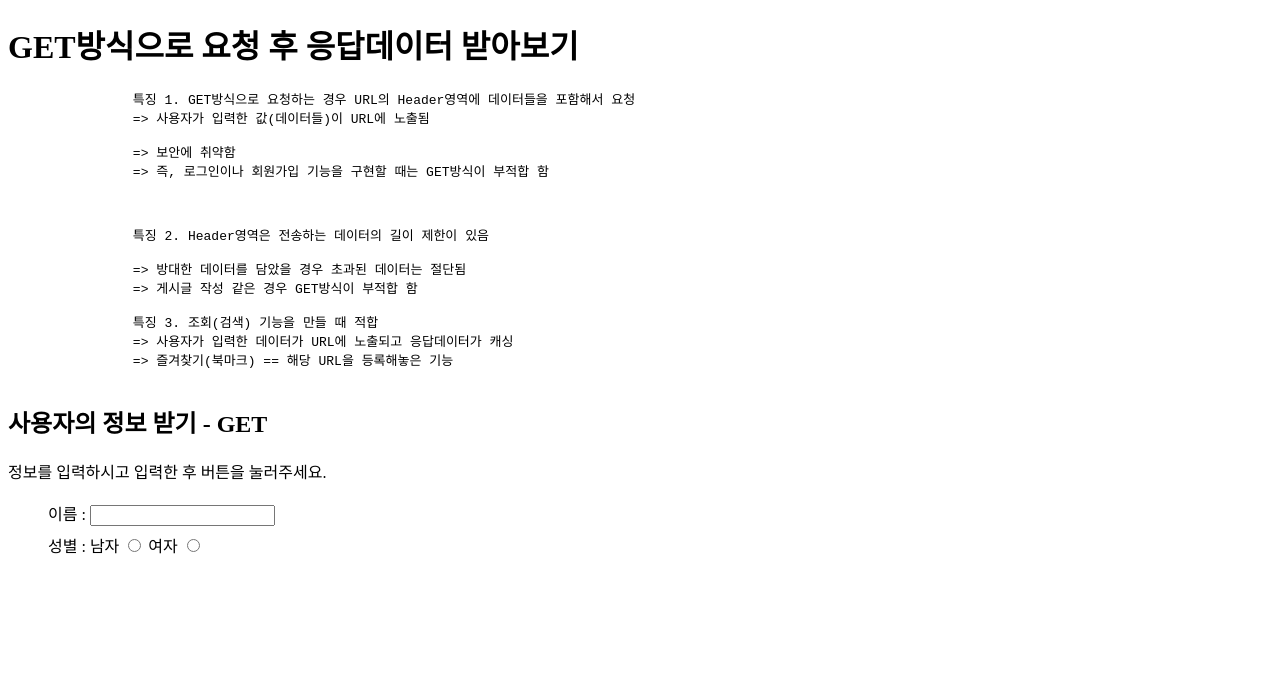
Repository: MiadongDeersfeet/webservice
Page: MyFirstWebProject/src/main/webapp/views/request_get.html
These files come from the project's save history. The page is drawn as it stood at one moment and after the next save; the edit follows.
The browser window is 1280 px wide. The pictures show the whole page.

Above is the page before, as saved 2025-09-22 08:09:25.

After the next save:
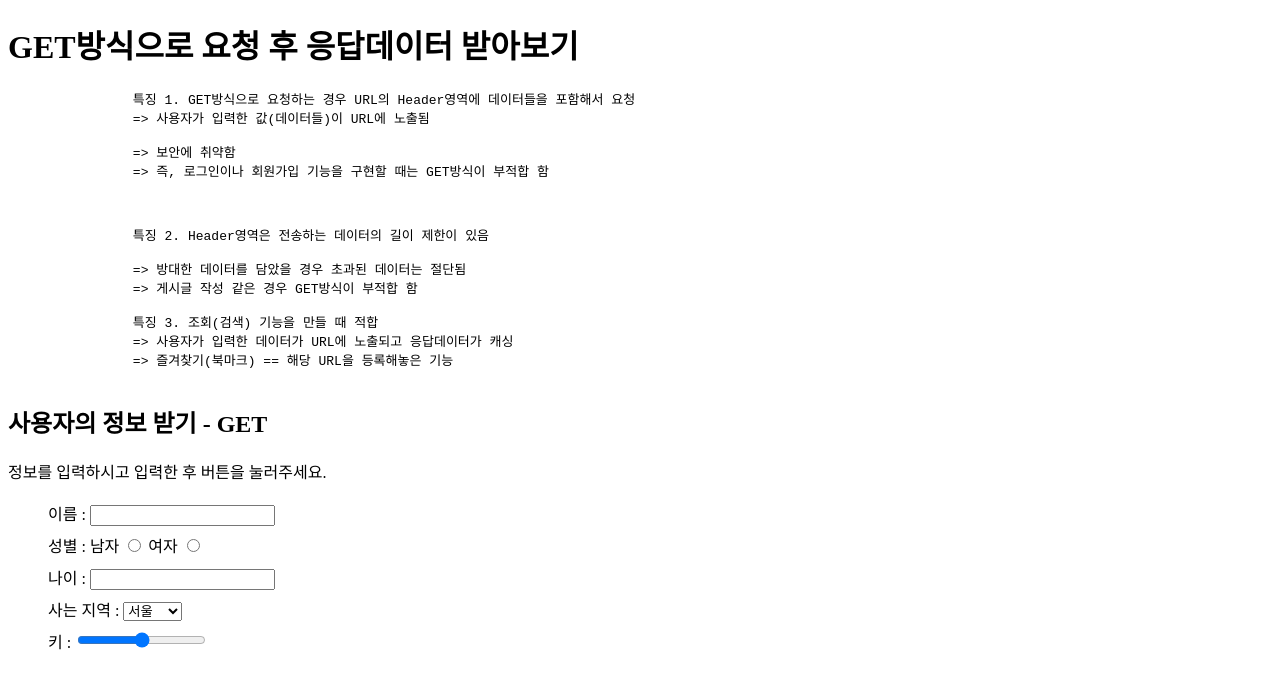
Saved 2 min 43 s later.
--- a/MyFirstWebProject/src/main/webapp/views/request_get.html
+++ b/MyFirstWebProject/src/main/webapp/views/request_get.html
@@ -38,9 +38,22 @@
 			</li>
 			<li>
 				성별 :
-				남자 <input type="radio">
-				여자 <input type="radio">
+				남자 <input type="radio" />
+				여자 <input type="radio" />
 			</li>
+			<li>
+				나이 : <input type="number" />
+			</li>
+			<li>
+				사는 지역 :
+				<select>
+				<option>서울</option>
+				<option>제주도</option>
+				</select>
+			</li>
+			<li>
+			키 :
+			<input type="range" />
 		</ul>
 
 
